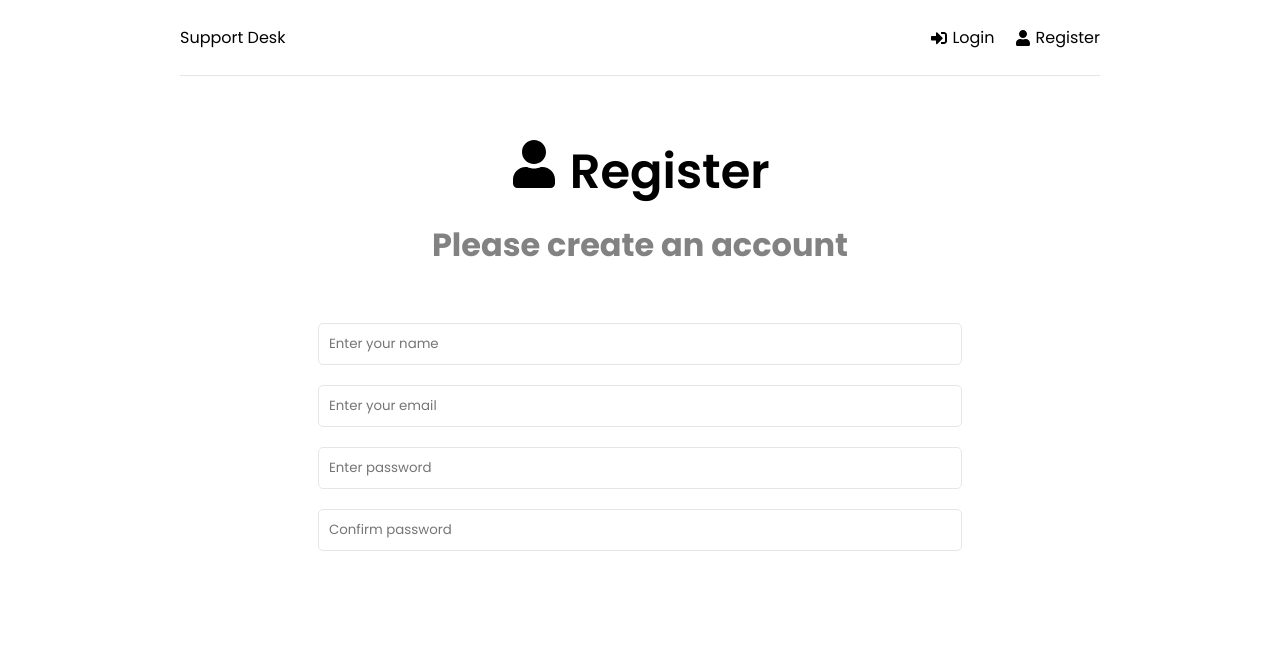
Repository: benjamins1995/support-desk
Page: /register (app in frontend/)
The author's editor kept a copy of each file at every save. The page is drawn from the files as they stood at one save, then again after the next save.
The browser window is 1280 px wide. The pictures show the whole page.
The project was rebuilt for these pictures with package versions that can differ from the ones it lists, and the page was loaded fresh each time. Also part of the build but not shown: frontend/src/pages/Login.jsx. Imported but missing from the stored project, and not drawn on this page: frontend/src/features/counter/counterSlice, frontend/src/pages/Home.

Above is the page before, as saved 2022-03-01 21:18:27.

After the next save:
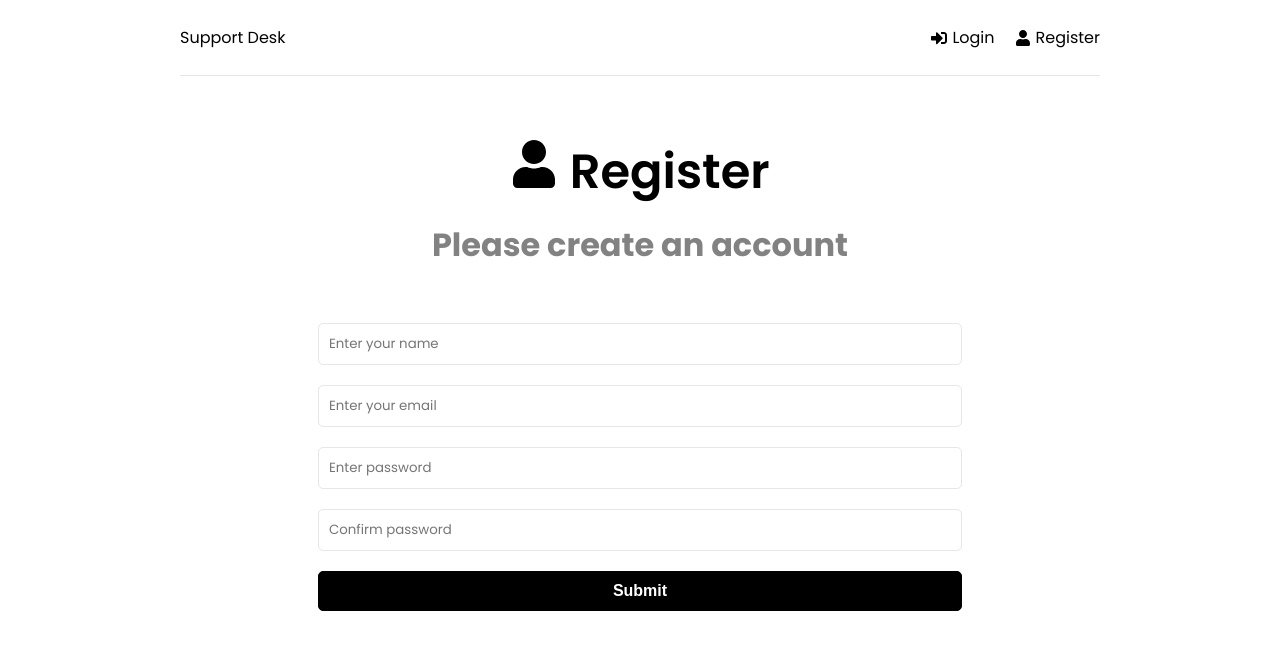
Saved 60 s later.
--- a/frontend/src/pages/Register.jsx
+++ b/frontend/src/pages/Register.jsx
@@ -72,6 +72,9 @@ function Register() {
               placeholder='Confirm password'
             ></input>
           </div>
+          <div className='form-group'>
+            <button className='btn btn-block'>Submit</button>
+          </div>
         </form>
       </section>
     </>
